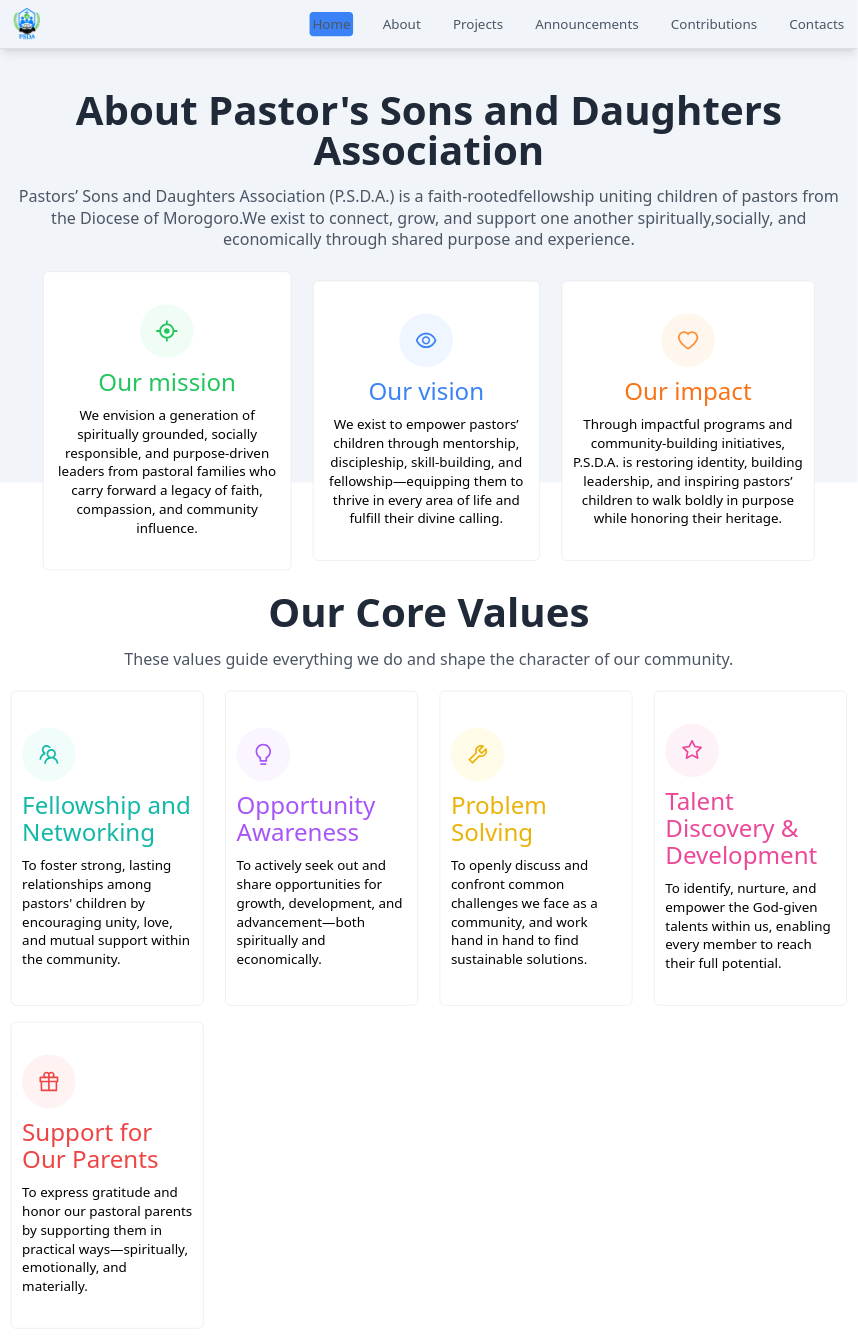
Repository: Zedestar/psda
Page: /about
These files come from the project's save history. The page is drawn as it stood at one moment and after the next save; the edit follows.
The browser window is 1280 px wide. The pictures show the whole page, at 67% of full size.
The project was rebuilt for these pictures with package versions that can differ from the ones it lists, and the page was loaded fresh each time. Also part of the build but not shown: src/pages/home/home.jsx, src/pages/projects/projects.jsx, src/pages/announcements/announcements.jsx, src/pages/contirbutions/contributions.jsx, src/pages/contacts/contacts.jsx.

Above is the page before, as saved 2025-07-19 09:45:08.

After the next save:
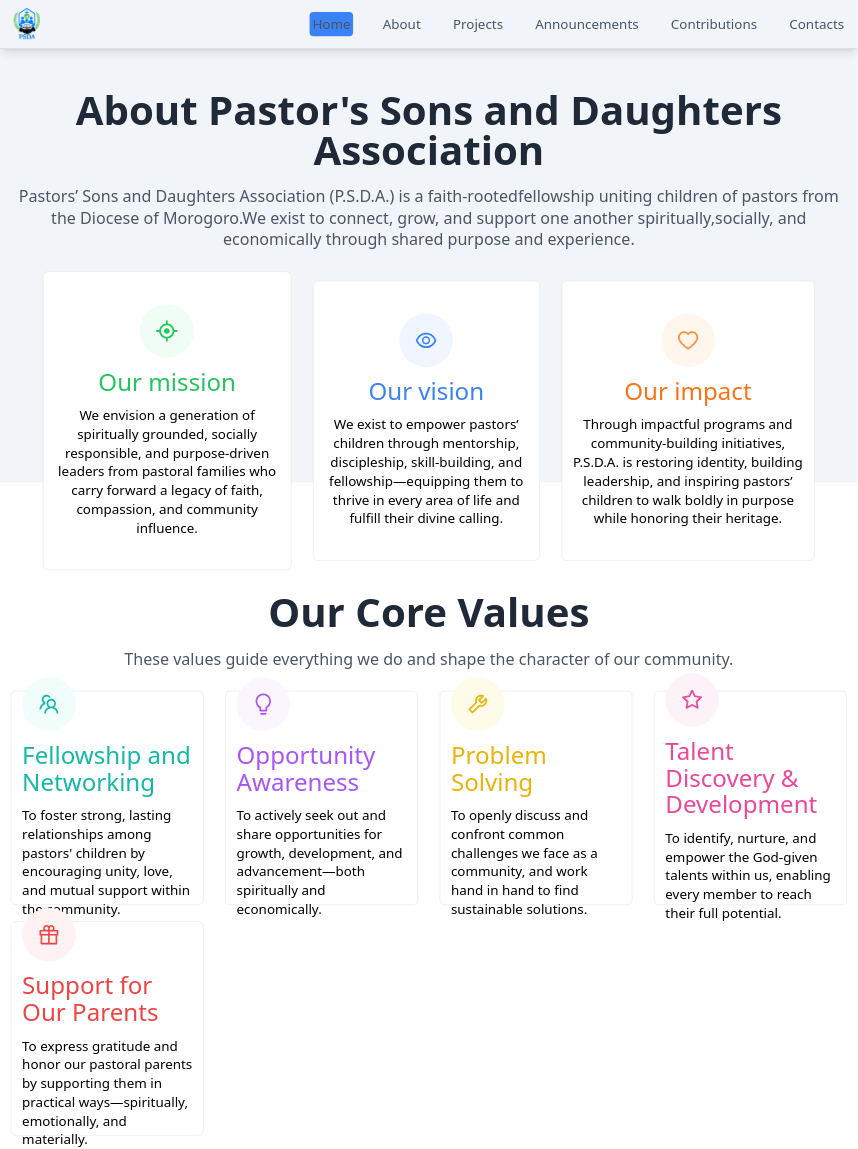
Saved 6 s later.
--- a/src/components/cards/secondary-card.jsx
+++ b/src/components/cards/secondary-card.jsx
@@ -1,6 +1,6 @@
 function SecondaryCard({ item }) {
   return (
-    <div className="border flex flex-col justify-center mx-4 my-3 h-84 space-y-4 px-4 py-12 rounded-lg text-start max-w-lg hover:shadow-lg transition  bg-white">
+    <div className="border flex flex-col justify-center mx-4 my-3 h-80 space-y-4 px-4 py-12 rounded-lg text-start max-w-lg hover:shadow-lg transition  bg-white">
       <div className="w-full flex items-center justify-start">
         <div
           className={`flex items-center justify-center rounded-full ${item.color} w-20 h-20`}

After the save that followed:
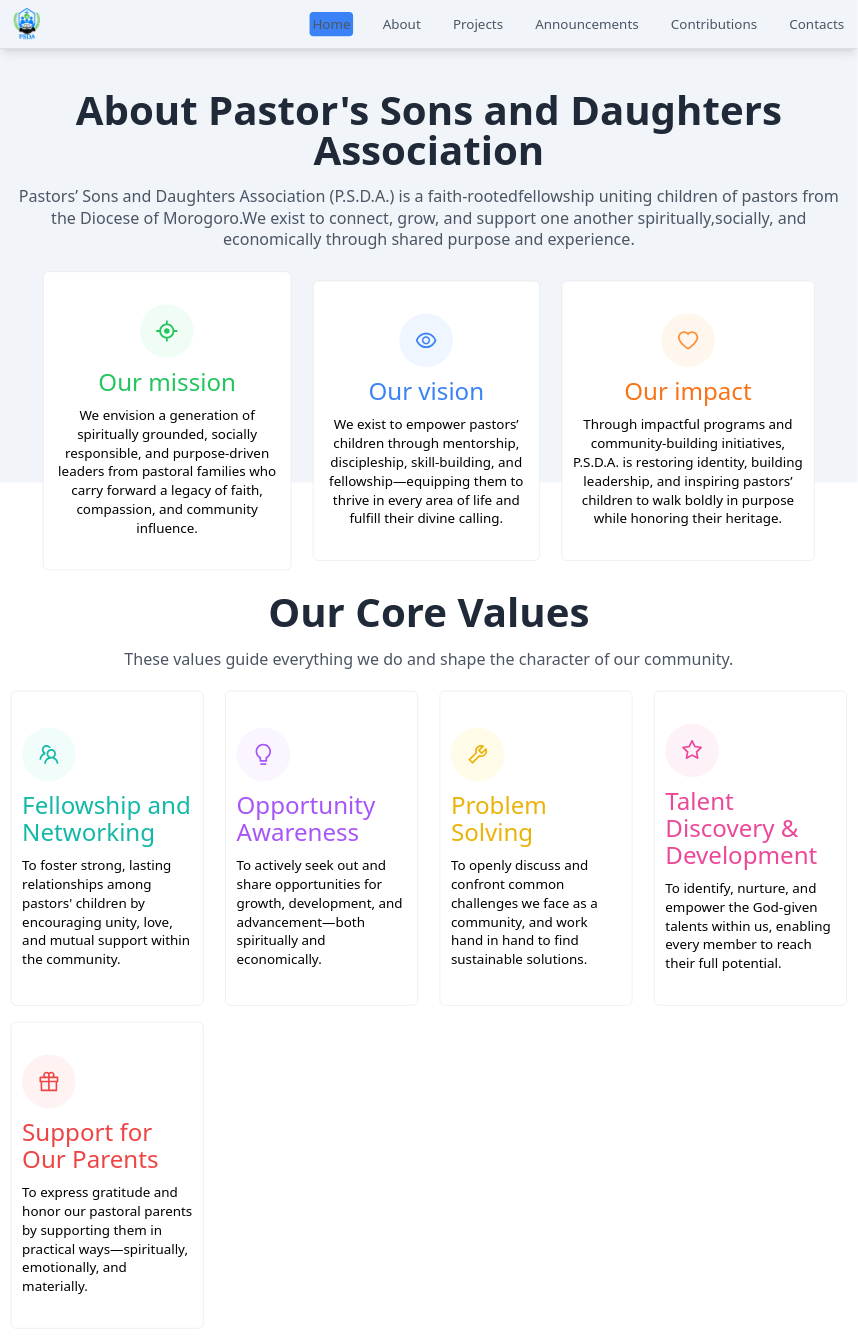
Saved 4 s later.
--- a/src/components/cards/secondary-card.jsx
+++ b/src/components/cards/secondary-card.jsx
@@ -1,6 +1,6 @@
 function SecondaryCard({ item }) {
   return (
-    <div className="border flex flex-col justify-center mx-4 my-3 h-80 space-y-4 px-4 py-12 rounded-lg text-start max-w-lg hover:shadow-lg transition  bg-white">
+    <div className="border flex flex-col justify-center mx-4 my-3 h-82 space-y-4 px-4 py-12 rounded-lg text-start max-w-lg hover:shadow-lg transition  bg-white">
       <div className="w-full flex items-center justify-start">
         <div
           className={`flex items-center justify-center rounded-full ${item.color} w-20 h-20`}
